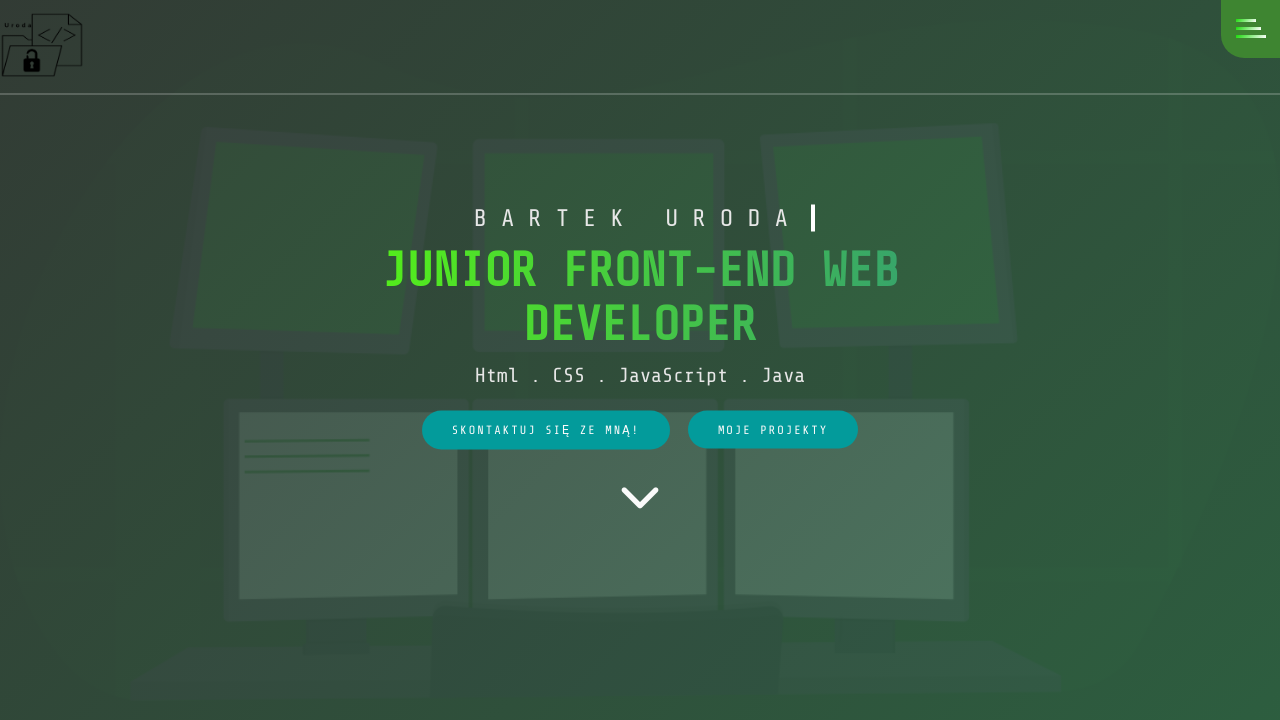
Repository: BartekUroda/portfolio
Page: index.html
An editor plug-in stored every save of this project. The page is shown before and after the next save, followed by the edit.
The browser window is 1280 px wide. The pictures show the whole page.
Some web libraries are served in a nearby version.

Above is the page before, as saved 2020-10-27 00:34:20.

### index.html
<!DOCTYPE html>
<html lang="en">
<head>
    <meta charset="UTF-8">
    <meta name="viewport" content="width=device-width, initial-scale=1.0">
    <title>Portfolio | Bartek Uroda</title>
    <link rel="stylesheet" type="text/css" href="css/style.css">
    <link href="https://fonts.googleapis.com/css2?family=Poppins&sfamily=Share+Tech+Mono&display=swap" rel="stylesheet">
    <script src="https://kit.fontawesome.com/056e5c10dc.js" crossorigin="anonymous"></script>
    <link rel="shortcut icon" type="image/x-icon" href="images/favicon.ico" />
</head>
<body>
    <header>
        <div class="container">
            <nav>
                <div class="nav-brand">
                    <a href="index.html">
                        <img src="images/logo.png" alt="Uroda">
                    </a>
                </div>
                <div class="burger-menu-icon">
                    <div class="line1"></div>
                    <div class="line2"></div>
                    <div class="line3"></div>
                </div>
                <ul class="nav-list">
                    <li class="nav-item">
                      <a href="#landing-page">
                        <img
                          src="images/profile.jpeg"
                          alt="Bartek Uroda"
                          class="profile-pic nav-link"
                        >
                        <span class="caption nav-link">Bartek Uroda</span>
                      </a>
                    </li>
                    <li class="nav-item">
                      <a href="#about" class="nav-link">O mnie</a>
                    </li>
                    <li class="nav-item">
                      <a href="#services" class="nav-link">Usługi</a>
                    </li>
                    <li class="nav-item">
                      <a href="#projects" class="nav-link">Projekty</a>
                    </li>
                    <li class="nav-item">
                      <a href="#contact" class="nav-link">Kontakt</a>
                    </li>
                    <li class="nav-item">
                      <a href="https://www.facebook.com/bartlomiej.uroda.3" target="_blank" class="nav-link">
                        <i class="fab fa-facebook"></i>
                      </a>
                      <a href="https://github.com/Urodii" target="_blank" class="nav-link">
                        <i class="fab fa-github"></i>
                      </a>
                      <a href="https://www.youtube.com/channel/UCzT1h5RNvmbtrmKT5hPjyAg?view_as=subscriber" target="_blank" class="nav-link">
                        <i class="fab fa-youtube"></i>
                      </a>
                    </li>
                  </ul>
            </nav>
        </div>
    </header>
    <main>
      <section id="landing-page" class="landing-page">
        <div class="container">
          <div class="main-message">
            <h2>Bartek Uroda</h2>
            <h3>Junior Front-End Web Developer</h3>
            <p>Html . CSS . JavaScript . Java</p>
            <div class="intro-btn">
              <div class="cta">
                <a href="#contact" class="btn">Skontaktuj się ze mną!</a>
              </div>
              <div class="cta">
                <a href="#projects" class="btn">Moje Projekty</a>
              </div>
            </div>
            <div>
              <a href="#about" class="scroll-down">
                <i class="fa fa-chevron-down" aria-hidden="true"></i>
              </a>
            </div>
          </div>
        </div>
      </section>
    </main>
 <script type="text/javascript" src="js/main.js"></script>
</body>
</html>

### css/style.css
/* ----------GLOBAL STYLES---------- */
*,
*::before,
*::after {
  margin: 0;
  padding: 0;
  box-sizing: inherit;
}
html {
    font-family: "Share Tech Mono", monospace;
    font-size: 12px;
    box-sizing: border-box;
    scroll-behavior: smooth;
    color: #e7e7e7;
    background: rgb(49, 68, 56);
}

a {
    text-decoration: none;
    color: rgb(3, 155, 23);
}

a:hover {
    color: rgba(249, 105, 14, 1);
}

ul {
    list-style: none;
}

p {
    font-size: 1.4rem;
}

img {
    width: 100%;
    max-width: 100%;
    height: auto;
}
/* ----------HEADER---------- */
header {
    width: 100%;
    height: 5rem;
    position: absolute;
    top: 0;
    left: 0;
    z-index: 1;
}
.contenier {
    width: 100%;
    max-width: 90rem;
    margin: 0 auto;
    padding: 0 1.5rem;
}
.nav-brand {
    width: 7rem;
}
nav {
    width: 100%;
    display: flex;
    align-items: center;
    justify-content: space-between;
    padding: 1rem 0;
    border-bottom: 2px solid rgba(255, 255, 255, .2);
}
.line1 {
    width: 20px;
    height: 3px;
    margin: 5px 0;
    background: linear-gradient(
      135deg,
      rgb(27, 218, 10) 0%,
      rgb(255, 255, 255) 100%
    );
}
.line2 {
    width: 25px;
    height: 3px;
    background: linear-gradient(
      135deg,
      rgb(27, 218, 10) 0%,
      rgb(255, 255, 255) 100%
    );
}
.line3 {
    width: 30px;
    height: 3px;
    margin: 5px 0;
    background: linear-gradient(
      135deg,
      rgb(27, 218, 10) 0%,
      rgb(255, 255, 255) 100%
    );
}
.burger-menu-icon {
    cursor: pointer;
    z-index: 999;
    position: fixed;
    right: 0;
    top: 0;
    background-color: rgba(67, 145, 47, 0.815);
    padding: 1.2rem;
    border-radius: 0% 0% 0% 40%;
}
.profile-pic {
    height: 9rem;
    width: auto;
    border-radius: 50%;
    display: block;
    margin: 1.5rem 0;
}
.caption {
    display: block;
}
.nav-list {
    width: 24rem;
    height: 100vh;
    background-color:  rgb(69, 85, 75);
    position: fixed;
    top: 0;
    right: -26rem;
    display: flex;
    flex-direction: column;
    align-items: center;
    justify-self: start;
    z-index: 998;
    transition: all 650ms ease-in-out;
}
.nav-list.active {
    right: 0;
}
.nav-item {
    margin: 1.2rem 0;
}
.nav-link {
    opacity: 0;
    font-size: 1.3rem;
    text-transform: uppercase;
    color: #cecece;
    letter-spacing: 1.5px;
}
.nav-link:hover {
    color: rgb(62, 248, 15);
}
.toggle {
    background: none;
}
.toggle .line1 {
    transform: rotate(-45deg) translate(-5px, 6px) scalex(2);
}
.toggle .line2 {
    opacity: 0;
}
.toggle .line3 {
    width: 20px;
    transform: rotate(45deg) translate(-5px, -6px) scalex(2);
    margin-left: 0px;
}
@keyframes navLinkAnimate {
    from{
        opacity: 0;
        transform: translate(50px);
    }
    to{
        opacity: 1;
        transform: translate(0px);
    }
}
/* ----------MAIN---------- */
.landing-page{
    width: 100%;
    height: 100vh;
    background: linear-gradient(
        135deg,
        rgba(50, 58, 52, 0.9) 0%,
        rgba(44, 100, 65, 0.8) 100%
    ),
    url('../images/mainpage.png') center no-repeat;
    background-size: contain;
    position: relative;
}
.main-message {
    width: 100%;
    max-width: 58rem;
    text-transform: uppercase;
    position: absolute;
    left: 50%;
    top: 50%;
    transform: translate(-50%, -50%);
    text-align: center;
}
.main-message h2 {
    letter-spacing: 1.2rem;
    font-size: 2rem;
    font-weight: 400;
    overflow: hidden;
    white-space: nowrap;
    animation: typing 5s steps(27), blink 1s ease-in-out 7s infinite;
    width: 27ch;
    margin: auto;
    border-right: 4px solid rgba(255, 255, 255, 1);
}

@keyframes typing {
    75% {
      width: 0ch;
      color: rgba(249, 105, 14, 1);
    }
    100% {
      width: 27ch;
    }
  }

  @keyframes blink {
    0% {
      border-right: 4px solid rgba(255, 255, 255, 0);
    }
    100% {
      border-right: 4px solid rgb(194, 194, 194);
    }
  }

.main-message h3 {
    font-size: 4rem;
    margin: 1rem 0;
    color: rgba(249, 105, 14, 1);
    background: linear-gradient(
      to right,
      rgb(88, 249, 14) 0%,
      rgb(51, 153, 119) 100%
    );
    -webkit-background-clip: text;
    -webkit-text-fill-color: transparent;
}

.main-message p {
    text-transform: none;
    font-size: 1.7rem;
    font-weight: 400;
}

.intro-btn {
    display: flex;
    justify-content: center;
}

.btn {
    margin: 0 9px;
    background: rgba(3, 155, 155);
    border-radius: 2rem;
    color: #fafafa;
    padding: 1rem 2.5rem;
    display: inline-block;
    margin-top: 2rem;
    transition: background-color 650ms;
    font-weight: 500;
    letter-spacing: 2px;
}
.btn:hover {
    color: #fafafa;
    background-color: rgba(189, 72, 0);
}

.scroll-down i {
    color: #fafafa;
    transition: color 650ms;
    margin-top: 2rem;
    font-size: 3.5rem;
}

.scroll-down i:hover {
    color: rgba(189, 72, 0);
}

### js/main.js
//eselect elements
const selectElement = (s) => document.querySelector(s);
const navLinks = document.querySelectorAll(".nav-link");

selectElement(".burger-menu-icon").addEventListener("click", () => {
    selectElement(".nav-list").classList.toggle("active");
    selectElement(".burger-menu-icon").classList.toggle("toggle")

    navLinks.forEach((link, index) => {
        if (link.style.animation){
            link.style.animation = ""
        }else{
            link.style.animation = `navLinkAnimate 0.5s ease forwards ${ index/7 + 0.5}s`
            console.log(index/7 + 0.5)
        }
    })
});

After the next save:
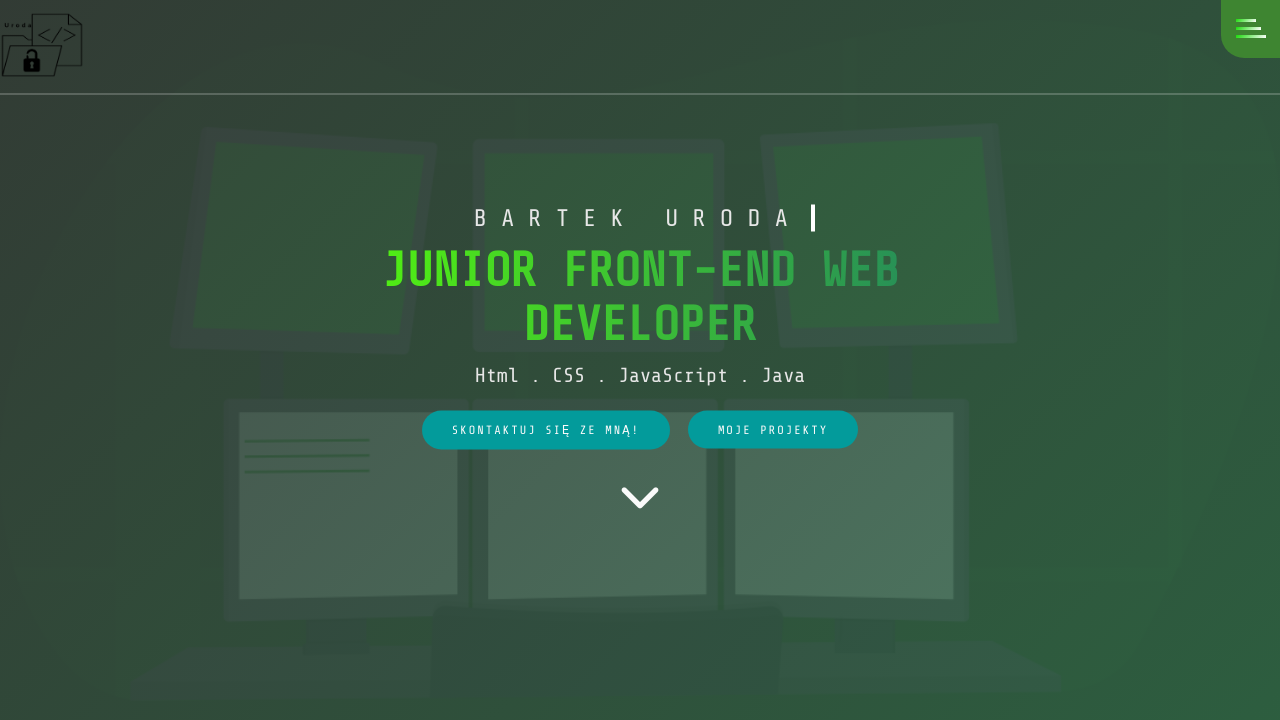
Saved 16 s later.
--- a/css/style.css
+++ b/css/style.css
@@ -226,8 +226,8 @@ nav {
     color: rgba(249, 105, 14, 1);
     background: linear-gradient(
       to right,
-      rgb(88, 249, 14) 0%,
-      rgb(51, 153, 119) 100%
+      rgb(87, 253, 9) 0%,
+      rgb(33, 129, 97) 100%
     );
     -webkit-background-clip: text;
     -webkit-text-fill-color: transparent;
